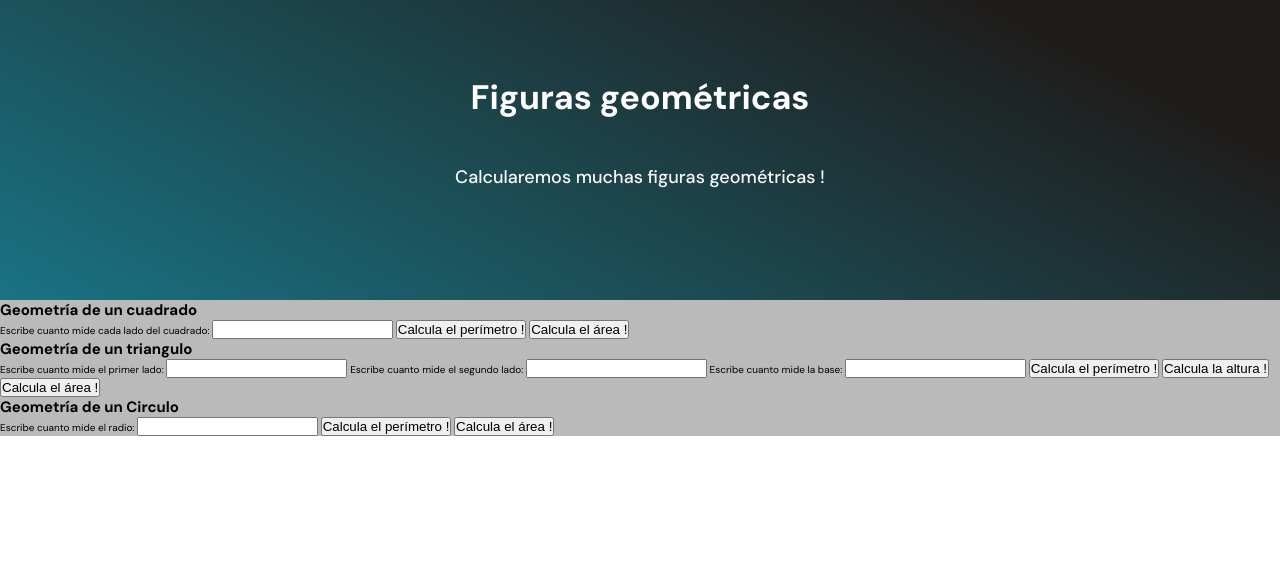
Repository: ChristianGecchelin/javascript-project
Page: javascript-project/figuras-geometricas/figuras.html
The author's editor kept a copy of each file at every save. The page is drawn from the files as they stood at one save, then again after the next save.
The browser window is 1280 px wide. The pictures show the whole page.

Above is the page before, as saved 2021-12-01 21:48:30.

### javascript-project/figuras-geometricas/figuras.html
<!DOCTYPE html>
<html lang="en">
  <head>
    <meta charset="UTF-8" />
    <meta http-equiv="X-UA-Compatible" content="IE=edge" />
    <meta name="viewport" content="width=device-width, initial-scale=1.0" />
    <title>Figuras geométricas | Proyecto 1</title>
    <link rel="preconnect" href="https://fonts.googleapis.com" />
    <link rel="preconnect" href="https://fonts.gstatic.com" crossorigin />
    <link
      href="https://fonts.googleapis.com/css2?family=DM+Sans:wght@400;500;700&family=Inter:wght@300;500&display=swap"
      rel="stylesheet"
    />
    <link rel="stylesheet" href="./style.css" />
  </head>
  <body>
    <header>
      <div class="header--title-container">
        <h1>Figuras geométricas</h1>
        <p>Calcularemos muchas figuras geométricas !</p>
      </div>
    </header>
    <main>
      <section class="main-calculadora-contenedor">
        <h2>Geometría de un cuadrado</h2>
        <form action="">
          <label for="">Escribe cuanto mide cada lado del cuadrado:</label>
          <input type="number" id="inputCuadrado" />
          <button type="button" onclick="calcularPerimetroCuadrado()">
            Calcula el perímetro !
          </button>
          <button type="button" onclick="calcularAreaCuadrado()">
            Calcula el área !
          </button>
          <!-- type button, para quitarle el submit por defecto y que no me redireccione a ningun lado -->
        </form>
      </section>
      <section>
        <h2>Geometría de un triangulo</h2>
        <form action="">
          <label for="">Escribe cuanto mide el primer lado:</label>
          <input type="number" id="inputLado1" />
          <label for="">Escribe cuanto mide el segundo lado:</label>
          <input type="number" id="inputLado2" />
          <label for="">Escribe cuanto mide la base:</label>
          <input type="number" id="inputBase" />
          <button type="button" onclick="calcularPerimetroTriangulo()">
            Calcula el perímetro !
          </button>
          <button type="button" onclick="calcularAlturaTriangulo()">
            Calcula la altura !
          </button>
          <button type="button" onclick="calcularAreaTriangulo()">
            Calcula el área !
          </button>
          <!-- type button, para quitarle el submit por defecto y que no me redireccione a ningun lado -->
        </form>
      </section>
      <section>
        <h2>Geometría de un Circulo</h2>
        <form action="">
          <label for="">Escribe cuanto mide el radio:</label>
          <input type="number" id="inputRadio" />
          <button type="button" onclick="calcularPerimetroCirculo()">
            Calcula el perímetro !
          </button>
          <button type="button" onclick="calcularAreaCirculo()">
            Calcula el área !
          </button>
          <!-- type button, para quitarle el submit por defecto y que no me redireccione a ningun lado -->
        </form>
      </section>
    </main>
    <script src="./figurasConFunciones.js"></script>
  </body>
</html>

### javascript-project/figuras-geometricas/style.css
:root {
  --Dark-lightblue: #197383;
  --soft-orange: #ffe9d5;
  --secondary-blue: #1a9af7;
  --soft-blue: #e7f5ff;
  --warm-black: #201e1c;
  --black: #282623;
  --grey: #bababa;
  --off-white: #faf8f7;
  --just-white: #fff;
}
* {
  box-sizing: border-box;
  margin: 0;
  padding: 0;
}
html {
  font-size: 62.5%;
  font-family: "DM Sans", sans-serif;
}
header {
  position: relative;
  display: flex;
  flex-direction: column;
  justify-content: center;
  width: 100%;
  min-width: 320px;
  height: 300px;
  text-align: center;
  background: linear-gradient(207.8deg, #1f1d1c 16.69%, #197383 100%);
}
header .header--title-container {
  width: 90%;
  min-width: 288px;
  max-width: 900px;
  height: 200px;
  text-align: center;
  align-self: center;
}
header .header--title-container h1 {
  margin-top: 30px;
  margin-bottom: 50px;
  font-size: 3.4rem;
  font-weight: 700;
  line-height: 3.6rem;
  color: var(--just-white);
}
header .header--title-container p {
  font-size: 1.8rem;
  font-weight: 500;
  line-height: 2.2rem;
  color: var(--off-white);
}
main {
  width: 100%;
  height: auto;
  background-color: var(--grey);
  min-width: 320px;
}
.main-calculadora-contenedor {
  width: 90%;
  min-width: 280px;
  height: auto;
}

### javascript-project/figuras-geometricas/figurasConFunciones.js
/* Codigo del cuadrado */
console.group("Cuadrado");
function perimetroCuadrado(lado) {
  return lado * 4;
}
/* console.log(`Perimetro del cuadrado es: ${perimetroCuadrado} cm.`); */
function areaCuadrado(lado) {
  return (
    lado ** 2
  ); /* debe estar escrito de igual manera el parametro que el return */
}

/* console.log(`El area del cuadrado es: ${areaCuadrado} cm^2.`); */
console.groupEnd();

/* Codigo del triangulo */
console.group("Triangulo");

function perimetroTriangulo(lado1, lado2, base) {
  return lado1 + lado2 + base;
}
function calcularAltura(lado1, lado2, lado3) {
  let ladosIguales;
  let ladoBase;
  let altura;

  if (
    lado1 + lado2 <= lado3 ||
    lado1 + lado3 <= lado2 ||
    lado2 + lado3 <= lado1
  ) {
    alert(
      "En un triangulo la base no puede ser mayor a la suma de sus catetos"
    );
  } else {
    switch (true) {
      case lado1 === lado2:
        ladosIguales = lado1;
        ladoBase = lado3;
        break;
      case lado1 === lado3:
        ladosIguales = lado1;
        ladoBase = lado2;
        break;
      case lado3 === lado2:
        ladosIguales = lado2;
        ladoBase = lado1;
        break;
    }
    if (!ladosIguales) {
      alert("Tu triangulo no es isosceles, ingresa la altura");
    } else {
      altura = Math.sqrt(ladosIguales ** 2 - ladoBase ** 2 / 4);
    }
  }
  return ladosIguales, ladoBase, altura;
}
function areaTriangulo(ladoBase, altura) {
  return (
    (ladoBase * altura) / 2
  ); /* tengo que llamar a la funcion altura para pasarle el dato */
}
console.groupEnd();

//Codigo Circulo
console.group("Circulo");
function diametroCirculo(radio) {
  return radio * 2;
}
const pi = Math.PI;
function circunferencia(radio) {
  const diametro = diametroCirculo(radio);
  /* llamo a una funcion dentro de otra y creo una variable que tiene alcance local */
  return diametro * pi;
}
function superficieCirculo(radio) {
  return pi * radio ** 2;
}

console.groupEnd();
/* Creo una funcion, que a traves del id obtengo lo que el usuario ingreso en el input. y con eso le saco el value que le paso
a la funcion que cree antes y es la encargada de hacer el calculo para luego mostrarse en un aler */
function calcularPerimetroCuadrado() {
  const input = document.getElementById("inputCuadrado");
  const value = input.value;
  const perimetro = perimetroCuadrado(value);
  alert(perimetro);
}
function calcularAreaCuadrado() {
  const input = document.getElementById("inputCuadrado");
  const value = input.value;
  const area = areaCuadrado(value);
  alert(area);
}

function calcularPerimetroTriangulo() {
  const inputLado1 = document.getElementById("inputLado1");
  const valueLado1 = Number(inputLado1.value);
  const inputLado2 = document.getElementById("inputLado2");
  const valueLado2 = Number(inputLado2.value);
  const inputBase = document.getElementById("inputBase");
  const valueBase = Number(inputBase.value);
  /* Es importante ponerle number porque por mas que el input tenga type number, este lo transforma como un string */
  const perimetro = perimetroTriangulo(valueLado1, valueLado2, valueBase);
  alert(perimetro);
}

function calcularAlturaTriangulo() {
  const inputLado1 = document.getElementById("inputLado1");
  const valueLado1 = Number(inputLado1.value);
  const inputLado2 = document.getElementById("inputLado2");
  const valueLado2 = Number(inputLado2.value);
  const inputBase = document.getElementById("inputBase");
  const valueBase = Number(inputBase.value);
  const alturaTriangulo = calcularAltura(valueLado1, valueLado2, valueBase);
  alert(alturaTriangulo);
}

function calcularAreaTriangulo() {
  /* const inputAltura = document.getElementById("inputAltura");
  const valueAltura = Number(inputAltura.value);
  const inputBase = document.getElementById("inputBase");
  const valueBase = inputBase.value;
  const area = areaTriangulo(valueAltura, valueBase);
  alert(area); */
  const inputLado1 = document.getElementById("inputLado1");
  const valueLado1 = Number(inputLado1.value);
  const inputLado2 = document.getElementById("inputLado2");
  const valueLado2 = Number(inputLado2.value);
  const inputBase = document.getElementById("inputBase");
  const valueBase = Number(inputBase.value);
  const altura = calcularAltura(valueLado1, valueLado2, valueBase);
  const area = areaTriangulo(valueBase, altura);
  alert(area);
}

function calcularPerimetroCirculo() {
  const inputRadio = document.getElementById("inputRadio");
  const valueRadio = inputRadio.value;
  const perimetro = circunferencia(valueRadio);
  alert(perimetro);
}
function calcularAreaCirculo() {
  const inputRadio = document.getElementById("inputRadio");
  const valueRadio = inputRadio.value;
  const superficie = superficieCirculo(valueRadio);
  alert(superficie);
}

After the next save:
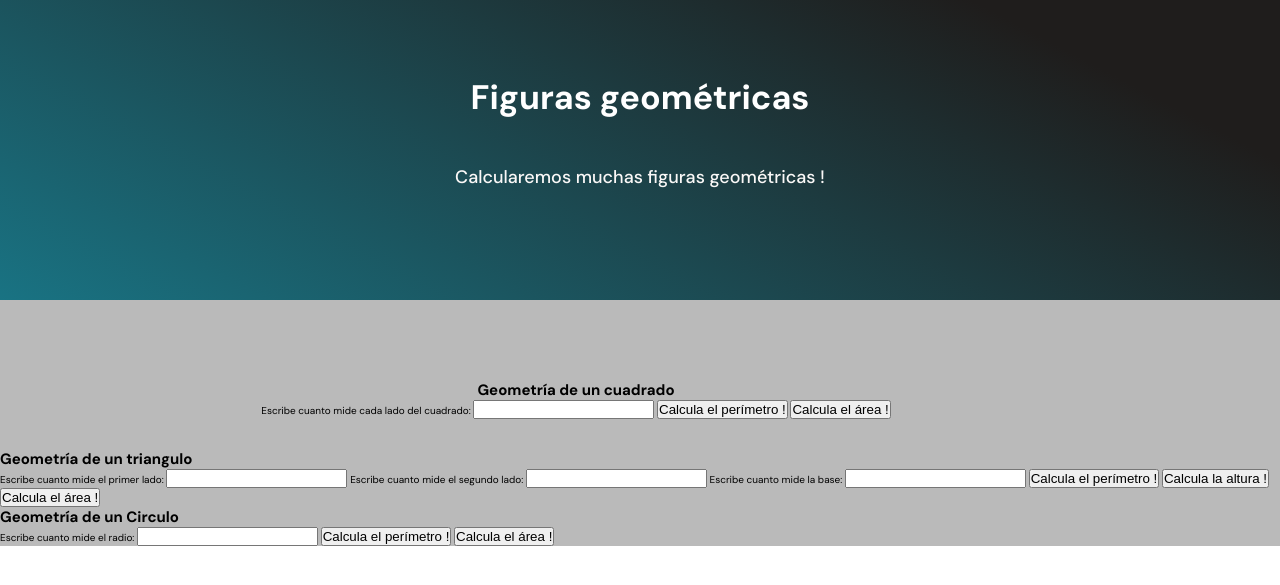
Saved 23 s later.
--- a/javascript-project/figuras-geometricas/style.css
+++ b/javascript-project/figuras-geometricas/style.css
@@ -61,4 +61,7 @@ main {
   width: 90%;
   min-width: 280px;
   height: auto;
+  text-align: center;
+  padding-top: 80px;
+  padding-bottom: 30px;
 }
